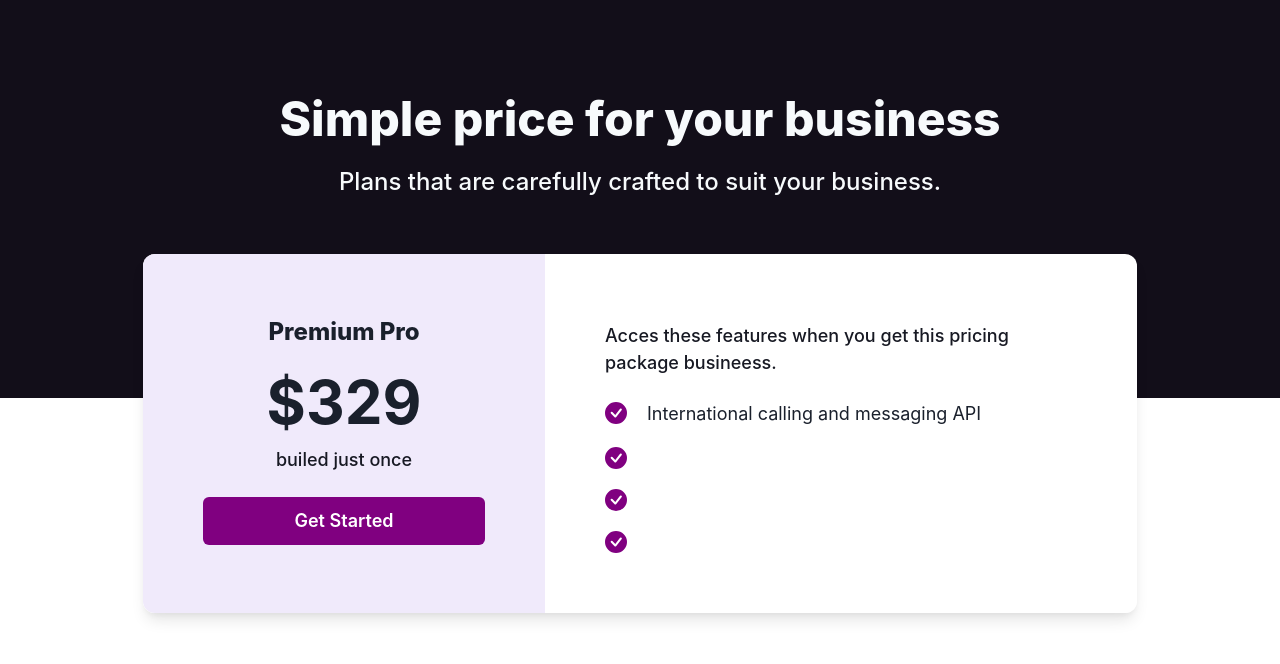
Repository: noutijo/learn-in-depth-chakra-ui
Page: /
An editor plug-in stored every save of this project. The page is shown before and after a run of saves, followed by the edit.
The browser window is 1280 px wide. The pictures show the whole page.
The project was rebuilt for these pictures with package versions that can differ from the ones it lists, and the page was loaded fresh each time. Also part of the build but not shown: vite.config.ts.

Above is the page before, as saved 2023-01-30 16:20:03.

### src/main.tsx
import React from 'react'
import ReactDOM from 'react-dom/client'
import App from './App'
import { ChakraProvider } from "@chakra-ui/react"

ReactDOM.createRoot(document.getElementById('root') as HTMLElement).render(
  <ChakraProvider>
  <React.StrictMode>
    <App />
  </React.StrictMode>
  </ChakraProvider>,
)

### src/App.tsx
//import './App.css'
import "./App.css";
import { Box, Flex, Stack, VStack, HStack } from "@chakra-ui/react";
import { Header  } from "./components/Header";
import { Pricing } from "./components/Pricing";

export default function App() {
  return (
    <div className="App">
      <Box>
        <Header />
        <Pricing />
      </Box>
    </div>
  );
}

### src/App.css
#root {
  max-width: 1280px;
  margin: 0 auto;
  text-align: center;
}

.logo {
  height: 6em;
  padding: 1.5em;
  will-change: filter;
}
.logo:hover {
  filter: drop-shadow(0 0 2em #646cffaa);
}
.logo.react:hover {
  filter: drop-shadow(0 0 2em #61dafbaa);
}

@keyframes logo-spin {
  from {
    transform: rotate(0deg);
  }
  to {
    transform: rotate(360deg);
  }
}

@media (prefers-reduced-motion: no-preference) {
  a:nth-of-type(2) .logo {
    animation: logo-spin infinite 20s linear;
  }
}

.card {
  padding: 2em;
}

.read-the-docs {
  color: #888;
}

### src/components/Header.tsx
//import './App.css'
import { Box, Heading, Text, Flex } from "@chakra-ui/react";

export function Header() {
  return (
    <Box as="section" pb="112px">
    <Box
      color="#F7FAFC"
      bg="#120E19"
      pt="90px"
      pb="198px"
      px="32px">
      <Heading fontWeight={800} fontSize={"48px"}>
        Simple price for your business
      </Heading>
      <Text fontWeight={500} fontSize={"24px"} mt="16px">
        Plans that are carefully crafted to suit your business.
      </Text>
    </Box>
    </Box>
  );
}

### src/components/Pricing.tsx
//import './App.css'
import { Box, Heading, Text, Flex, Button, HStack,Stack, Icon } from "@chakra-ui/react"
import { BsCheckCircleFill } from "react-icons/bs"

export const ListItem = (props:any)=>{
    const {children, ...rest } = props
    return (
      <HStack as="li" spacing="20px" {...rest}>
        <Icon as={BsCheckCircleFill}  w="22px" h="22px" color="purple"/>
        <Text>{children}</Text>
      </HStack>
    );
}

export function Pricing() {
  return (
    <Box maxW="994px" m="auto" mt="-256" borderRadius="12px" overflow="hidden" boxShadow="lg">
      <Flex bg="white">
        <Box bg="#f0eafb" p="60px">
          <Text fontSize="24px" fontWeight="800">
            Premium Pro
          </Text>
          <Heading as="h3" fontSize="60px" mt="16px">
            $329
          </Heading>
          <Text fontSize="18px" fontWeight="500" color="#171923" mt="8px">
            builed just once
          </Text>
          <Button
            bg="purple"
            color="white"
            size={"lg"}
            w="282px"
            mt="24px"
            _hover={{ backgrounColor: "purple", color: "#F7FAFC" }}>
            Get Started
          </Button>
        </Box>

        <Box p="60px" fontSize="18px">
          <Text
            textAlign={"left"}
            fontSize="18px"
            fontWeight="500"
            color="#171923"
            mt="8px">
            Acces these features when you get this pricing package busineess.
          </Text>
          <Stack as="ul" spacing="20px" pt="24px">
            <ListItem>International calling and messaging API</ListItem>
            <ListItem></ListItem>
            <ListItem></ListItem>
            <ListItem></ListItem>
          </Stack>
        </Box>
      </Flex>
    </Box>
  );
}

Loaded but not shown: index.html (common file)

After the next 2 saves:
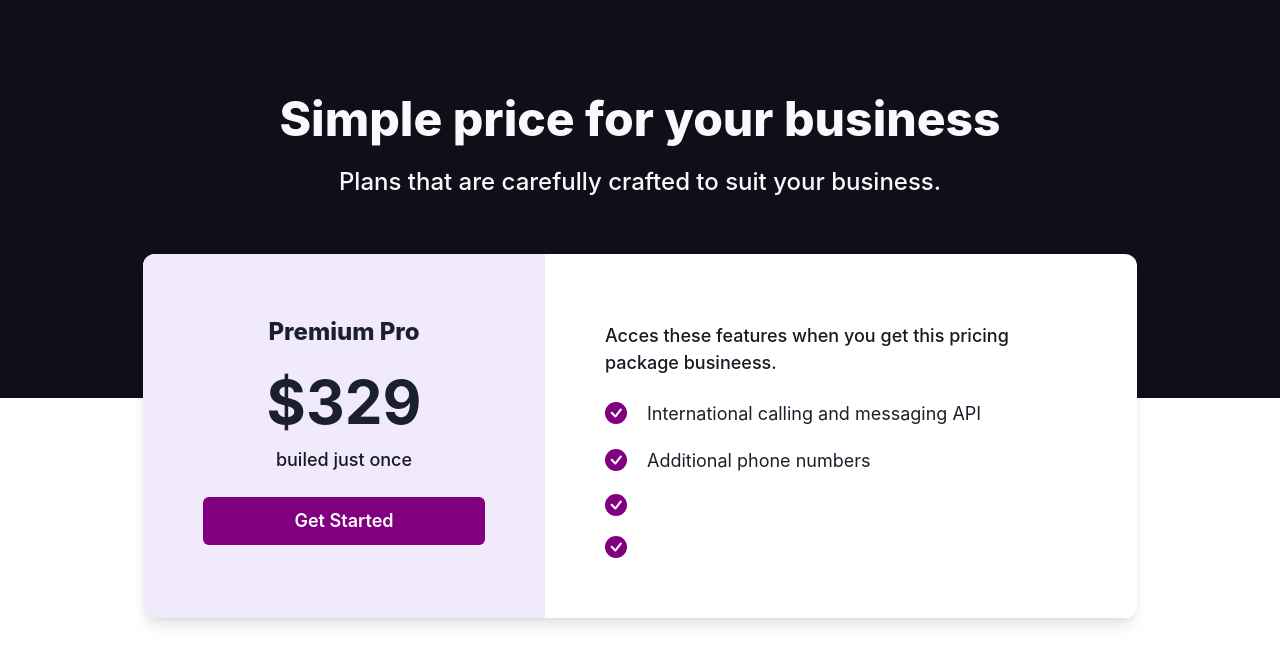
The 2 saves are shown as one change because they came seconds apart.
The last was saved 16 s later.
--- a/src/components/Pricing.tsx
+++ b/src/components/Pricing.tsx
@@ -48,7 +48,7 @@ export function Pricing() {
           </Text>
           <Stack as="ul" spacing="20px" pt="24px">
             <ListItem>International calling and messaging API</ListItem>
-            <ListItem></ListItem>
+            <ListItem>Additional phone numbers</ListItem>
             <ListItem></ListItem>
             <ListItem></ListItem>
           </Stack>
